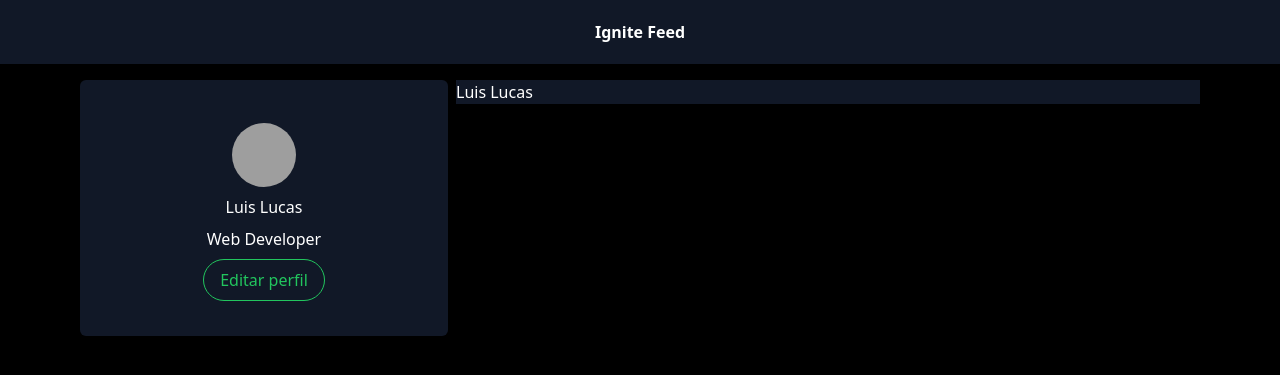
Repository: LuisSempre/ignite-feed
Page: /
An editor plug-in stored every save of this project. The page is shown before and after the next save, followed by the edit.
The browser window is 1280 px wide. The pictures show the whole page.
Pictures or frames that could not be fetched are drawn as grey boxes. The project was rebuilt for these pictures with package versions that can differ from the ones it lists, and the page was loaded fresh each time. Also part of the build but not shown: vite.config.js.

Above is the page before, as saved 2022-07-13 22:43:30.

### src/App.jsx
import { Header } from "./Components/Header"
import { Sidebar } from "./Components/Sidebar"
function App() {
  return (
    <div>
      <Header />
      <div className="max-w-6xl mx-auto p-4 grid grid-cols-3 gap-2 items-start">
        <Sidebar />
        <div className="bg-gray-900 col-span-2">
          Luis Lucas
        </div>
      </div>
    </div>
  );
}

export default App;

### src/index.css
@tailwind base;
@tailwind components;
@tailwind utilities;

* {
    @apply bg-black text-white;
}

h1, span, a, img {
    @apply bg-gray-900
}

### src/Components/Header.jsx
export function Header() {
  return (
    <div className="flex items-center justify-center h-16 bg-gray-900 mx-auto w-full">
      <h1 className="font-bold bg-gray-900">Ignite Feed</h1>
    </div>
  )
}

### src/Components/Sidebar.jsx
export function Sidebar() {
  return (
    <div className="rounded-md bg-gray-900 justify-center items-center flex flex-col text-center  h-64 space-y-2">
        <span className=" bg-gradient-r from-green-500 via-blue-500"></span>
        <img
          className="w-16 h-16 rounded-full overflow-hidden object-cover"
          src="https://avatars.githubusercontent.com/u/32404639?v=4"
          alt=""
        />
        <h1>Luis Lucas</h1>
        <span>Web Developer</span>
        <a
          href=""
          className="border border-green-500 px-4 py-2 rounded-full text-green-500"
        >
          Editar perfil
        </a>
    </div>
  );
}

Loaded but not shown: index.html (common file); src/main.jsx (common file); tailwind.config.js (common file)

After the next save:
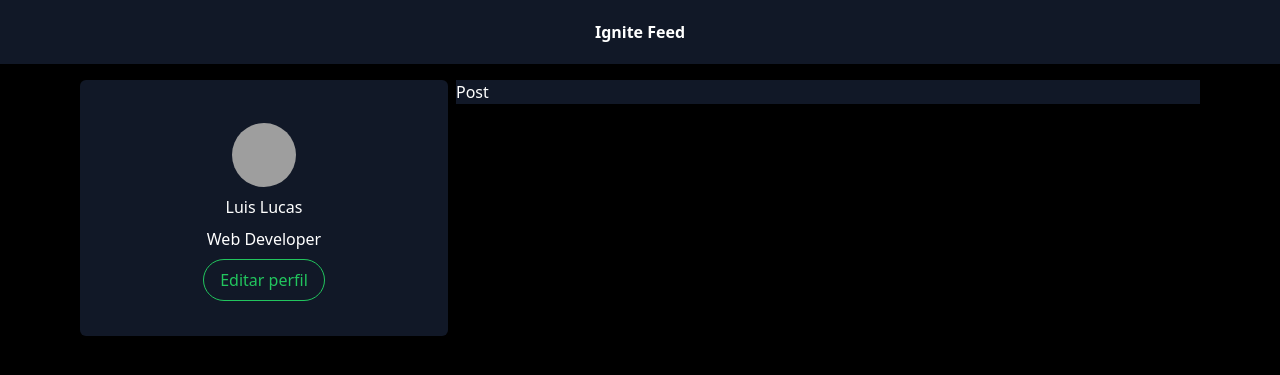
Saved 26 s later.
--- a/src/App.jsx
+++ b/src/App.jsx
@@ -7,7 +7,7 @@ function App() {
       <div className="max-w-6xl mx-auto p-4 grid grid-cols-3 gap-2 items-start">
         <Sidebar />
         <div className="bg-gray-900 col-span-2">
-          Luis Lucas
+         Post
         </div>
       </div>
     </div>
